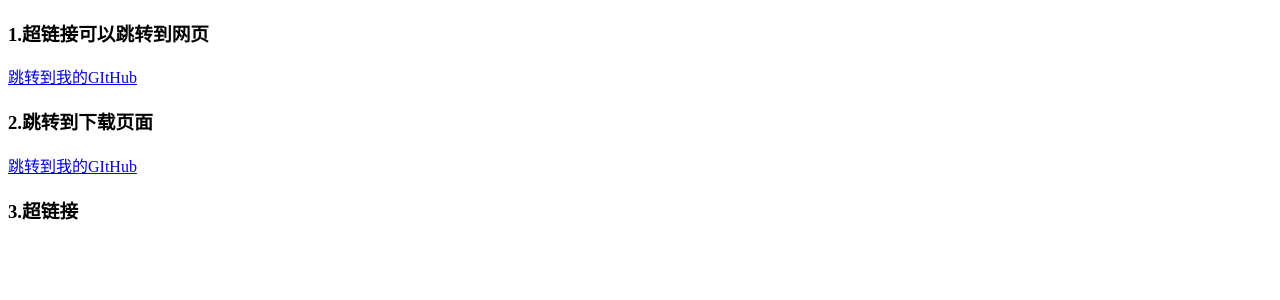
Repository: jarvanstack/vscode
Page: HTML/HTML超链接有哪些.html
The author's editor kept a copy of each file at every save. The page is drawn from the files as they stood at one save, then again after the next save.
The browser window is 1280 px wide. The pictures show the whole page.

Above is the page before, as saved 2020-06-11 09:28:22.

After the next save:
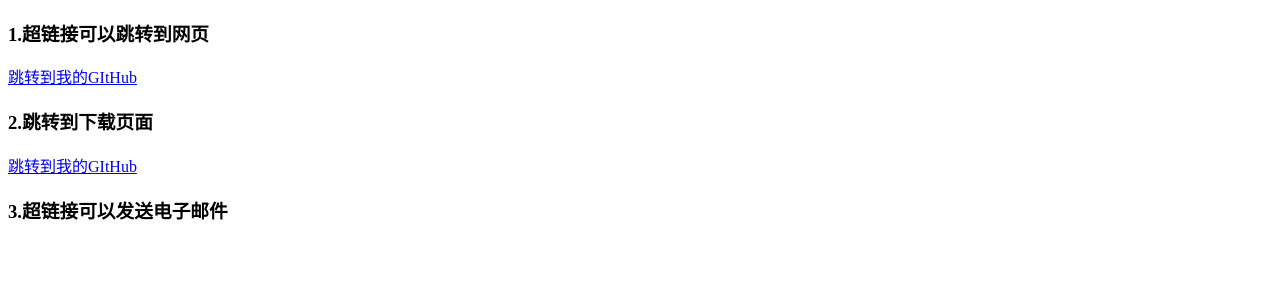
Saved 21 s later.
--- a/HTML/HTML超链接有哪些.html
+++ b/HTML/HTML超链接有哪些.html
@@ -10,6 +10,7 @@
     <a href="https://github.com/dengjiawen8955">跳转到我的GItHub</a>
     <h3>2.跳转到下载页面</h3>
     <a href="XXX.mp3">跳转到我的GItHub</a>
-    <h3>3.超链接</h3>
+    <h3>3.超链接可以发送电子邮件</h3>
+    <a href=""
 </body>
 </html>
